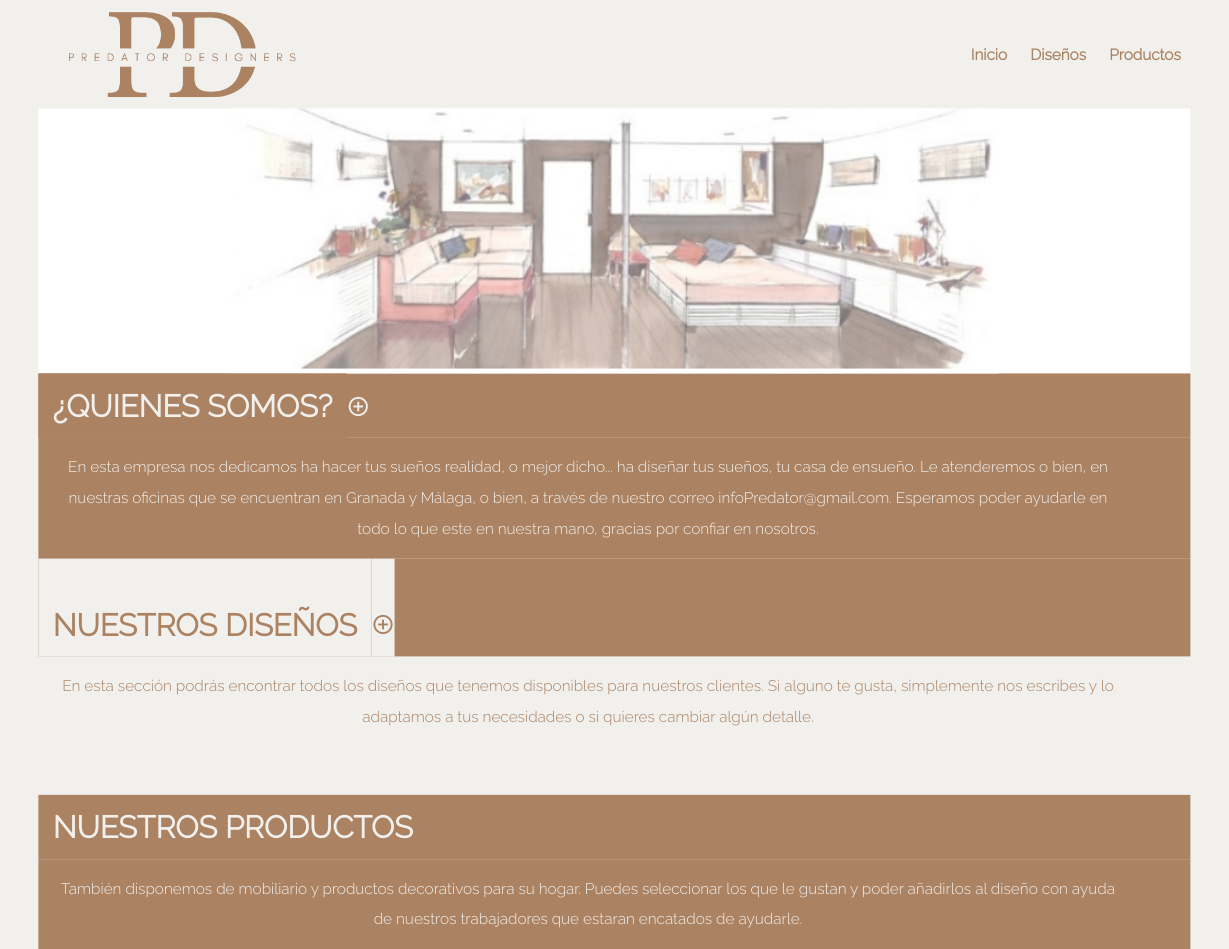
Repository: judiith-mf/dise-oInterior
Page: index.html
The author's editor kept a record of every edit. The page is drawn from the files as they stood at one moment, then again after the next edit.
The browser window is 1280 px wide. The pictures show the whole page, at 96% of full size.

Above is the page before.

After the next edit:
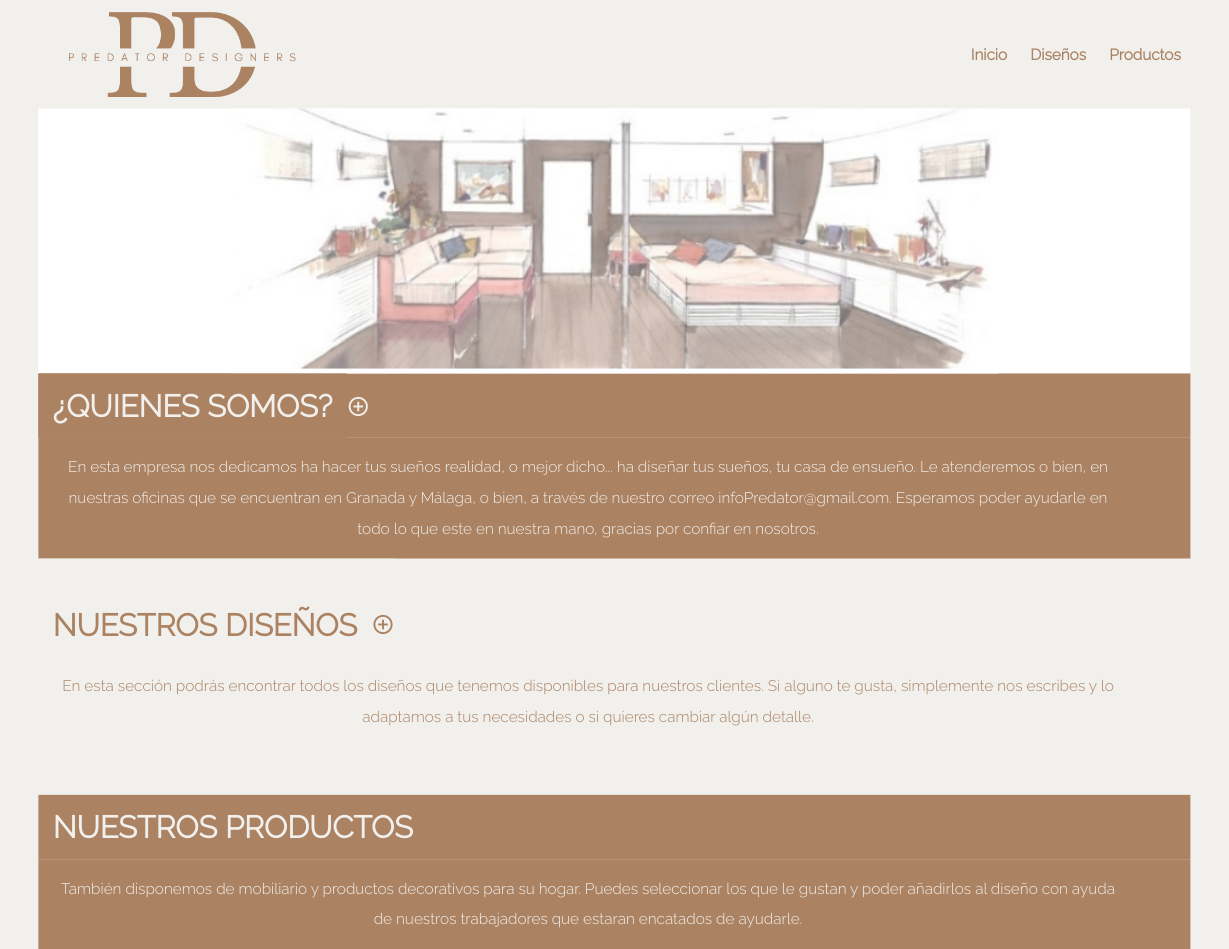
The edit:
--- a/index.html
+++ b/index.html
@@ -44,7 +44,7 @@
 
                 </div>
 
-                <div class="info">
+                <div class="info_blanca">
                     <h1 class="blanco" id="h1_blanco">NUESTROS DISEÑOS</h1>
                     <span class="material-symbols-outlined" id="boton_blanco">add_circle</span>
                 </div>
